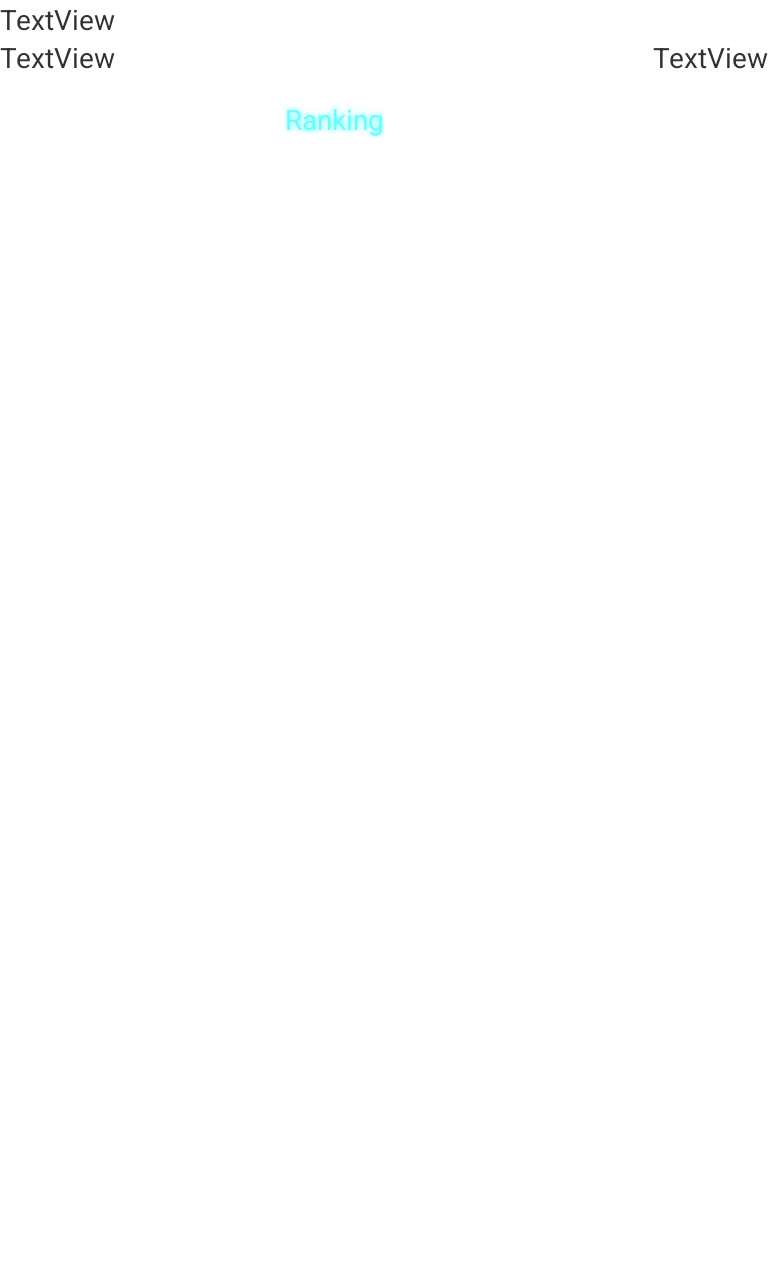
Repository: zwycid/dimension-drive-downside
Layout: lk/gameUIDesign/res/layout/ranking.xml
These files come from the project's save history. The layout is drawn as it stood at one moment and after the next save; the edit follows.
It is drawn on a 768 x 1280 px phone screen (xhdpi) without system bars, with theme AppTheme; the app's code is not run. Lists and similar views that code fills are empty.

Above is the layout before, as saved 2012-07-10 15:44:46.

After the next save:
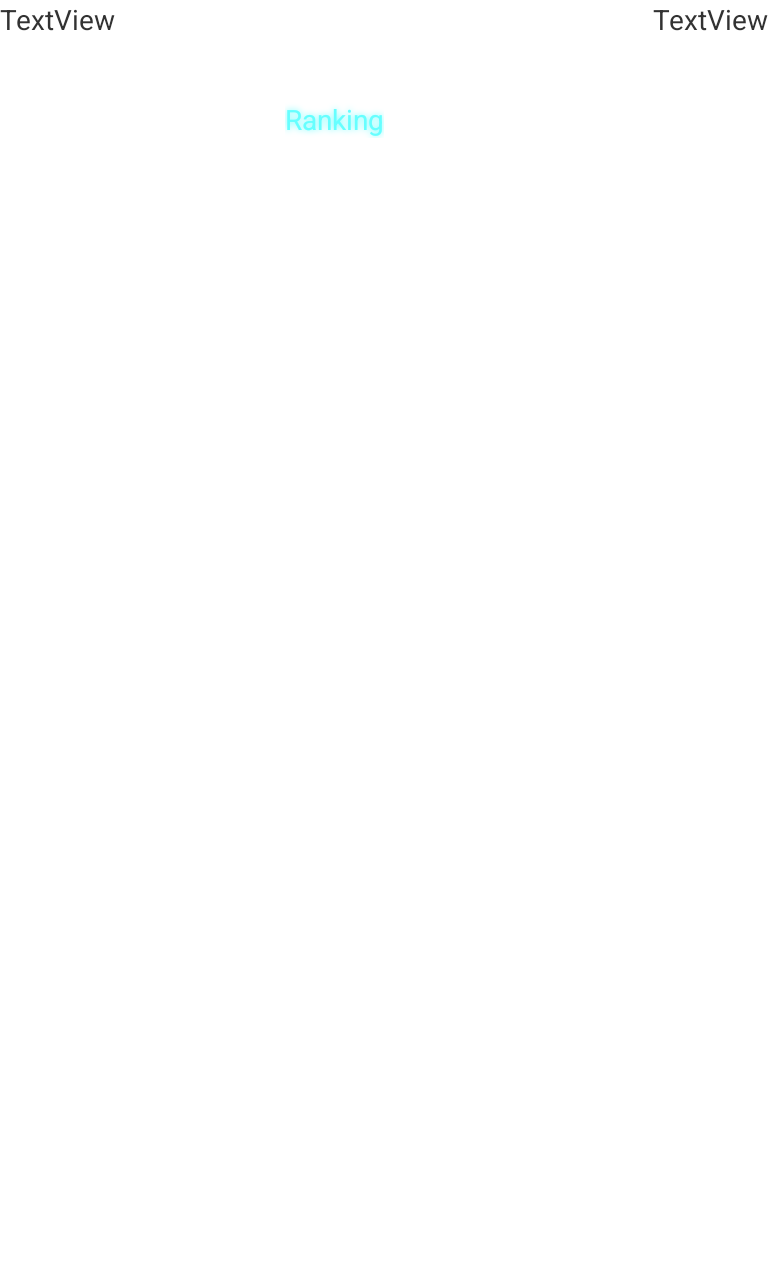
Saved 33 s later.
--- a/lk/gameUIDesign/res/layout/ranking.xml
+++ b/lk/gameUIDesign/res/layout/ranking.xml
@@ -17,12 +17,10 @@ style="@style/TitleText"
         android:text="@string/Ranking" />
 
     <TextView
-        android:id="@+id/textView3"
-        android:layout_width="wrap_content"
-        android:layout_height="wrap_content"
-        android:layout_alignLeft="@+id/textView2"
-        android:layout_below="@+id/textView2"
-        android:text="TextView" />
+        android:id="@+id/blankView2"
+style="@style/blankView"
+        android:layout_alignLeft="@+id/textViewTitleRanking"
+        android:layout_below="@+id/textViewTitleRanking" />
 
     <TextView
         android:id="@+id/textView4"
